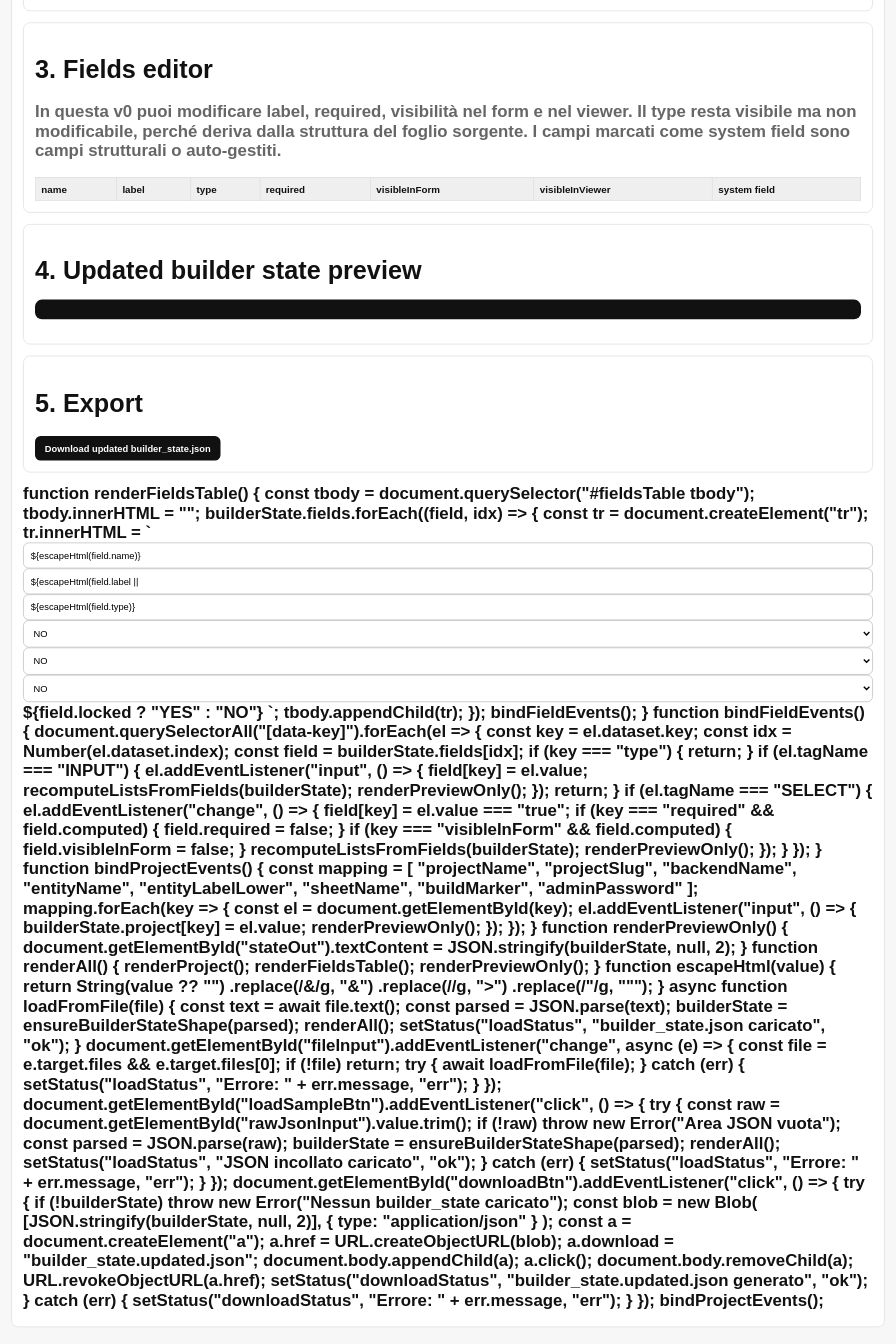
Repository: progettazionemauro/sheets.builder
Page: docs/builder.html
The author's editor kept a copy of each file at every save. The page is drawn from the files as they stood at one save, then again after a run of saves.
The browser window is 1280 px wide. The pictures show the part of the page from y = 1130 to 3050 px (the page is 3050 px tall before and 2447 px after), at 70% of full size.

Above is the page before, as saved 2026-04-13 20:19:06.

After the next 2 saves:
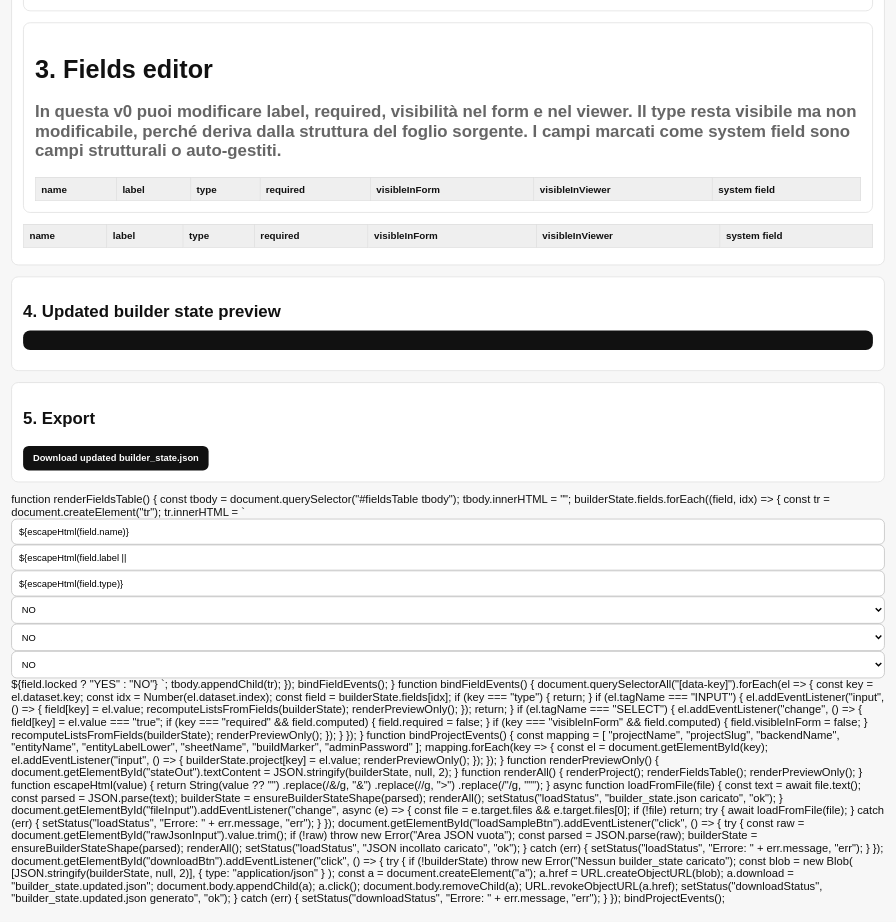
The 2 saves are shown as one change because they came seconds apart.
The last was saved 43 s later.
--- a/docs/builder.html
+++ b/docs/builder.html
@@ -195,12 +195,28 @@
 </div>
 
   <div class="card">
-    <h2>3. Fields editor</h2>
-    <p class="muted">
-  In questa v0 puoi modificare <b>label</b>, <b>required</b>, visibilità nel form e nel viewer.
-  Il <b>type</b> resta visibile ma non modificabile, perché deriva dalla struttura del foglio sorgente.
-  I campi marcati come <b>system field</b> sono campi strutturali o auto-gestiti.
-</p>
+  <h2>3. Fields editor</h2>
+  <p class="muted">
+    In questa v0 puoi modificare <b>label</b>, <b>required</b>, visibilità nel form e nel viewer.
+    Il <b>type</b> resta visibile ma non modificabile, perché deriva dalla struttura del foglio sorgente.
+    I campi marcati come <b>system field</b> sono campi strutturali o auto-gestiti.
+  </p>
+
+  <table id="fieldsTable">
+    <thead>
+      <tr>
+        <th>name</th>
+        <th>label</th>
+        <th>type</th>
+        <th>required</th>
+        <th>visibleInForm</th>
+        <th>visibleInViewer</th>
+        <th>system field</th>
+      </tr>
+    </thead>
+    <tbody></tbody>
+  </table>
+</div>
 
         <table id="fieldsTable">
       <thead>
